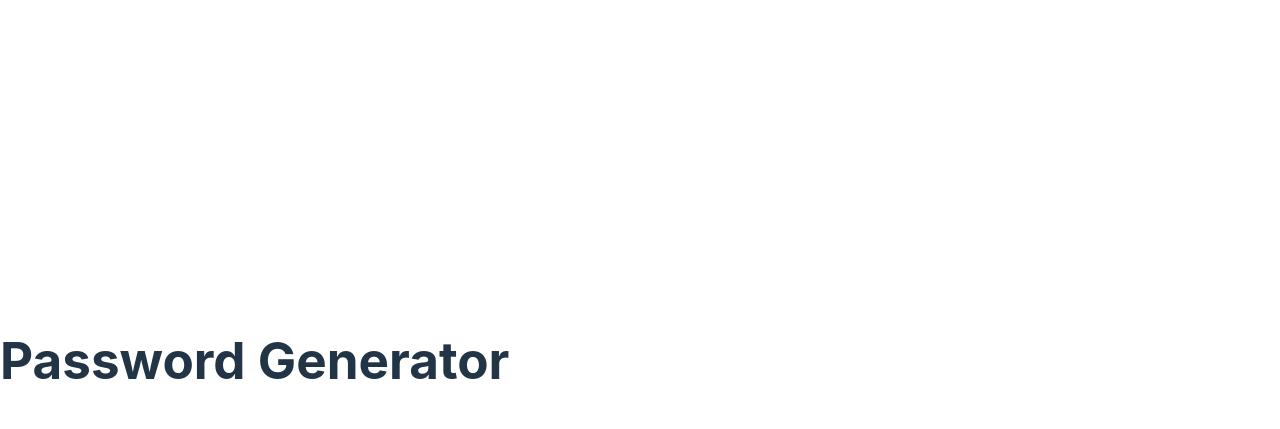
Repository: Adarshjeet0/ReactJs
Page: / (app in 05passwordGenerator/)
These files come from the project's save history. The page is drawn as it stood at one moment and after a run of saves; the edit follows.
The browser window is 1280 px wide. The pictures show the whole page.
The project was rebuilt for these pictures with package versions that can differ from the ones it lists, and the page was loaded fresh each time. Also part of the build but not shown: 05passwordGenerator/vite.config.js, 05passwordGenerator/src/App.css.

Above is the page before, as saved 2024-12-01 10:46:27.

### 05passwordGenerator/src/App.jsx
import { useState } from 'react'

import './App.css'

function App() {
  const [count, setCount] = useState(0)

  return (
    <>
      <h1 className="text-center">Password Generator</h1>
    </>
  )
}

export default App

Loaded but not shown: 05passwordGenerator/index.html (common file); 05passwordGenerator/src/main.jsx (common file); 05passwordGenerator/src/index.css (common file)

After the next 2 saves:
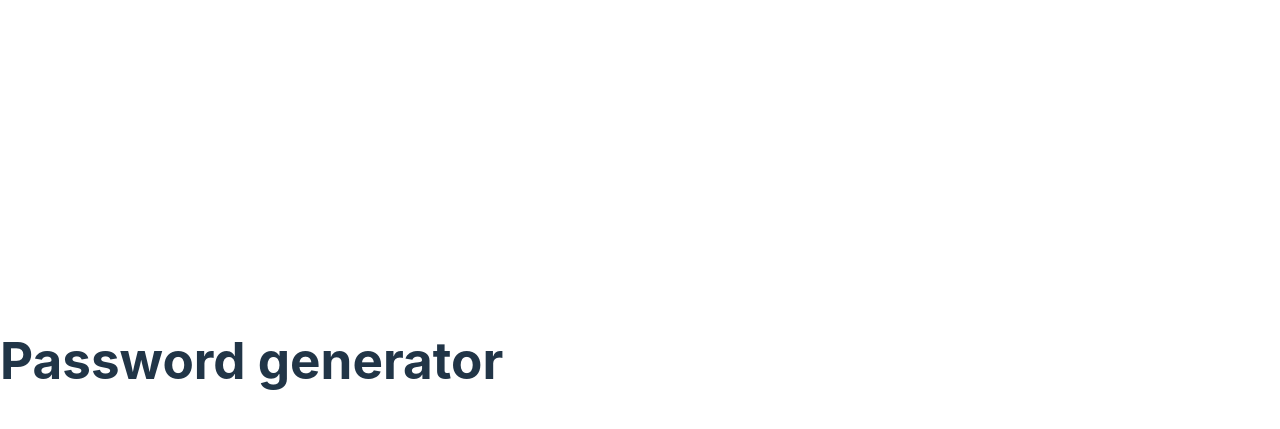
The 2 saves are shown as one change because 1 did not build or start.
The last was saved 8 min 7 s later.
--- a/05passwordGenerator/src/App.jsx
+++ b/05passwordGenerator/src/App.jsx
@@ -7,7 +7,9 @@
 
   return (
     <>
-      <h1 className="text-center">Password Generator</h1>
+      <div className="w-full max-w-md mx-auto shadow-md rounded-lg px-4 py-3 my-8 bg-gray-800 text-orange-500">
+      <h1 className='text-white text-center my-3'>Password generator</h1>
+      </div>
     </>
   )
 }
